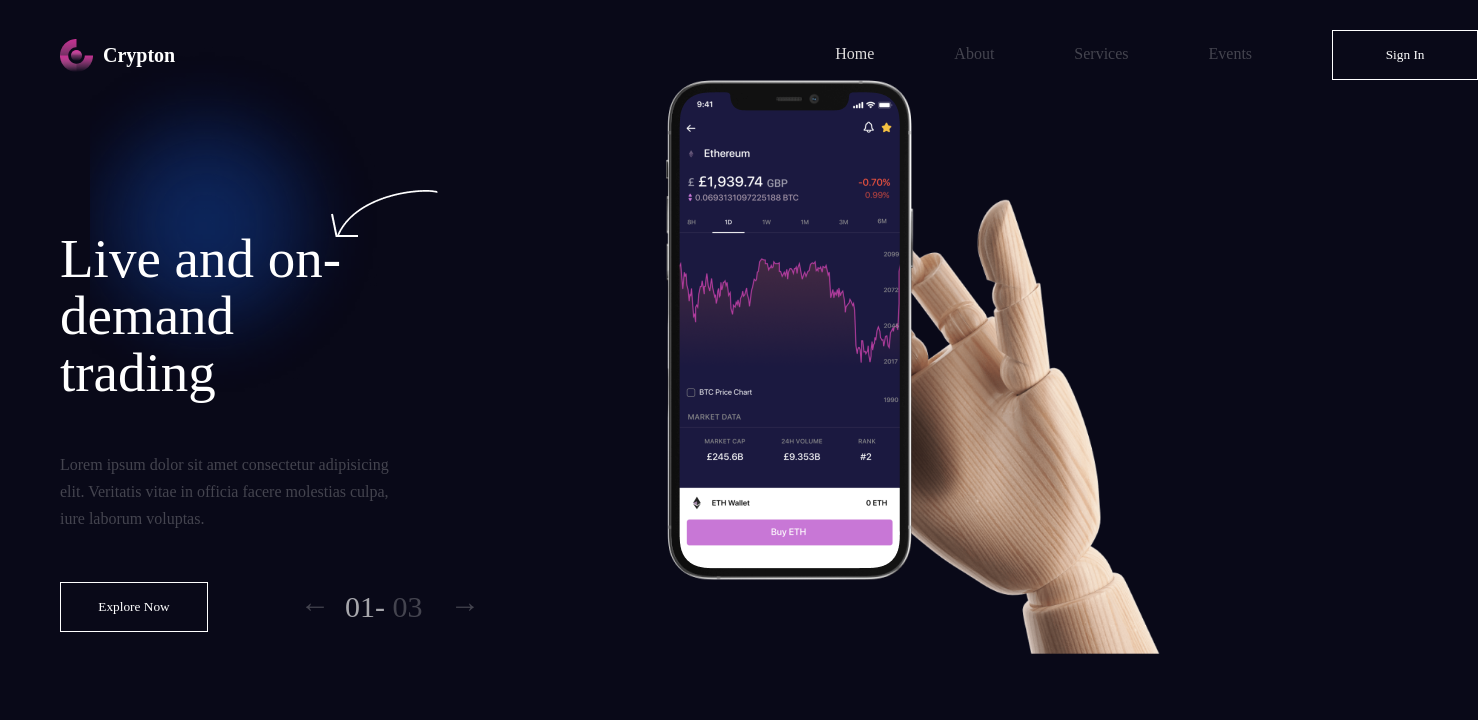
Repository: isaacCodes1/Crypton-Website
Page: index.html
These files come from the project's save history. The page is drawn as it stood at one moment and after the next save; the edit follows.
The browser window is 1280 px wide. The page is 1478 px wide, so the pictures cover 1478 px, including what lies to the right of the window. The pictures show the whole page.

Above is the page before, as saved 2024-05-14 20:54:20.

After the next save:
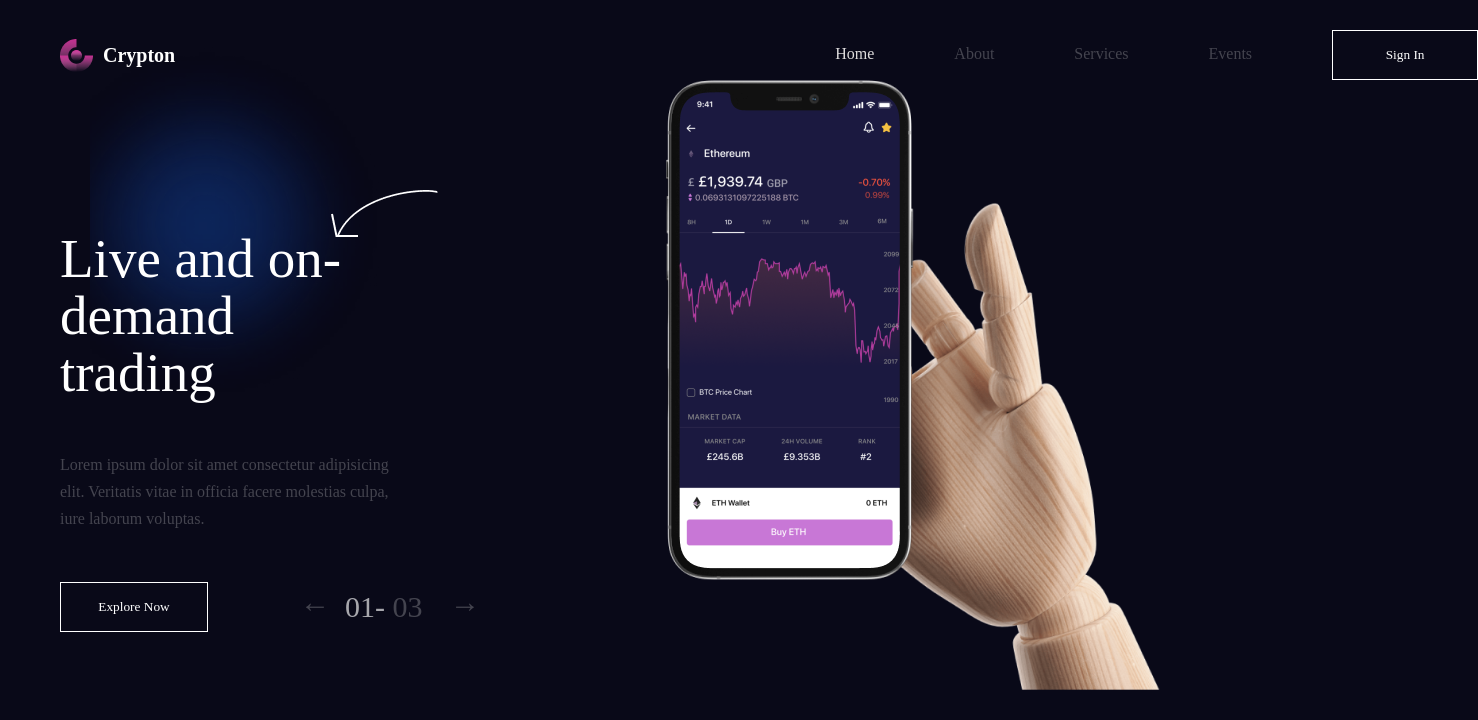
Saved 4 s later.
--- a/style.css
+++ b/style.css
@@ -138,7 +138,7 @@ body{
     right: 120px;
 }
 .hand{
-    height: 70vh;
+    height: 75vh;
 }
 .wood{
     position: absolute;
